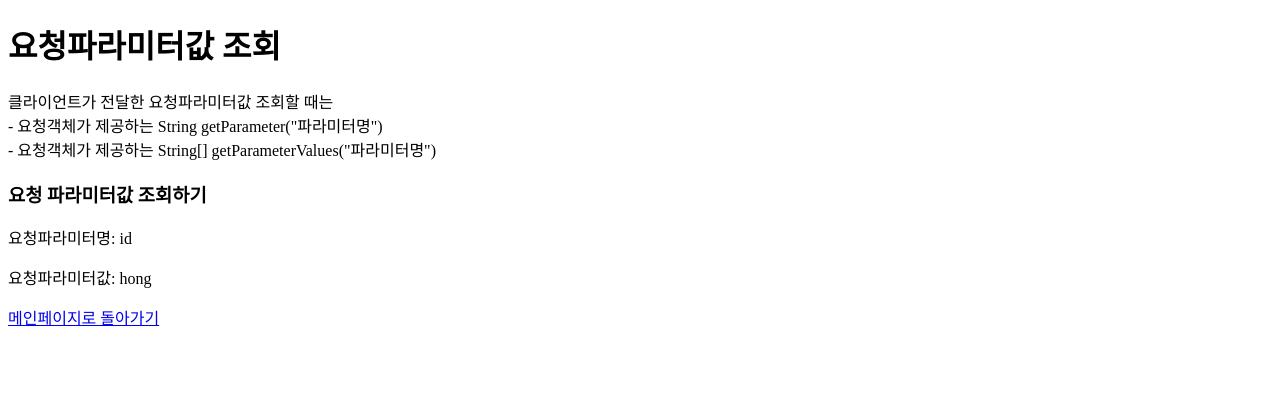
Repository: onuo77/ja_HTA
Page: http://localhost/sample/req/demo3-1.jsp?id=hong
An editor plug-in stored every save of this project. The page is shown before and after the next save, followed by the edit.
The browser window is 1280 px wide. The pictures show the whole page.
The page is served by Tomcat 9.

Above is the page before, as saved 2021-05-20 03:41:47.

After the next save:
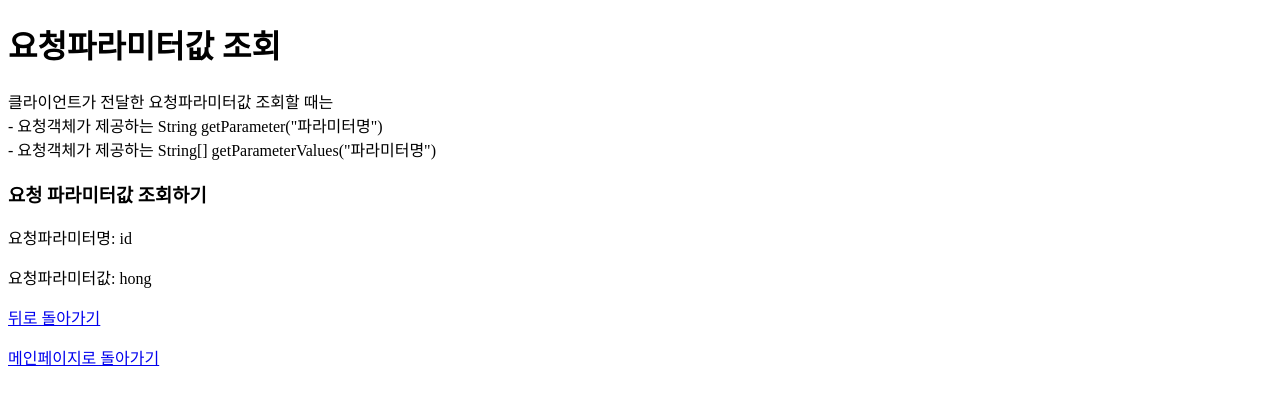
Saved 43 s later.
--- a/java-web/sample/src/main/webapp/req/demo3-1.jsp
+++ b/java-web/sample/src/main/webapp/req/demo3-1.jsp
@@ -24,7 +24,8 @@
 	<p>요청파라미터명: id</p>
 	<p>요청파라미터값: <%=value %></p>
 
-	<p><a href="demo3.jsp">메인페이지로 돌아가기</a></p>
+	<p><a href="demo3.jsp">뒤로 돌아가기</a></p>
+	<p><a href="main.jsp">메인페이지로 돌아가기</a></p>
 
 </body>
 </html>
